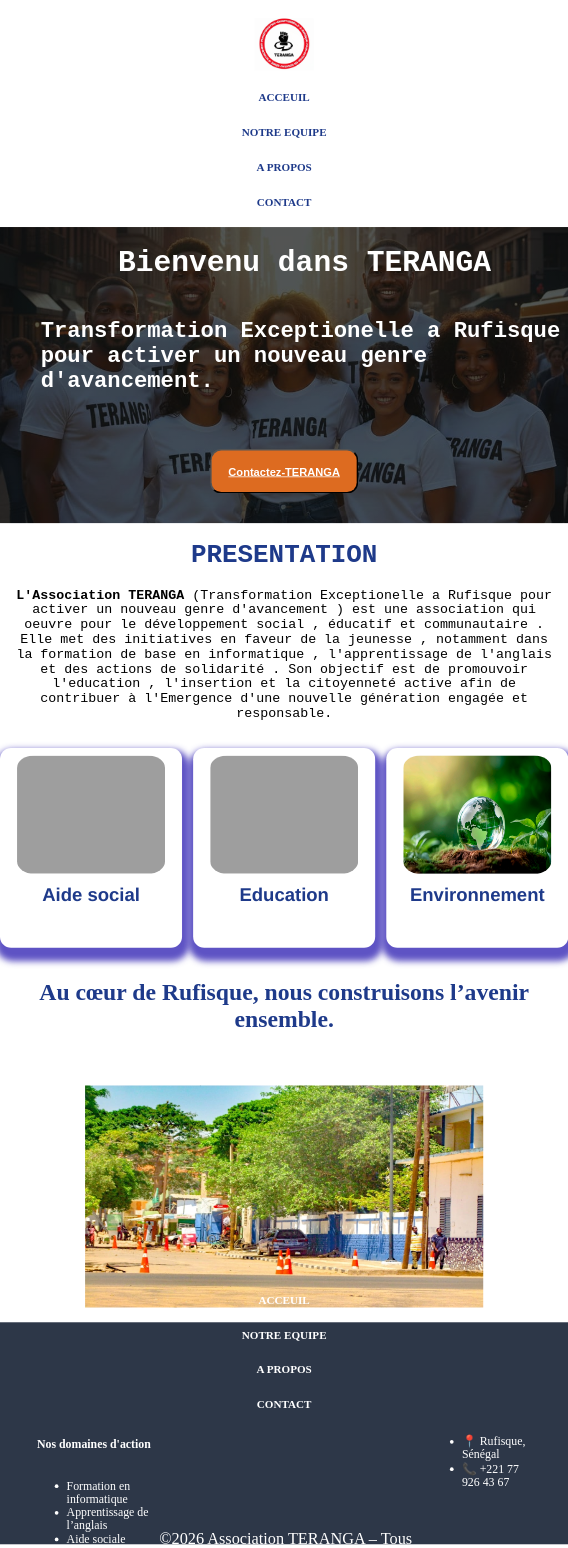
Repository: assanendao171/projet-teranga
Page: acceuil.html
The author's editor kept a copy of each file at every save. The page is drawn from the files as they stood at one save, then again after the next save.
The browser window is 768 px wide. The pictures show the whole page, at 74% of full size.
Pictures or frames that could not be fetched are drawn as grey boxes. An inner scrolling area shows only its first screen.

Above is the page before, as saved 2026-02-13 13:04:46.

After the next save:
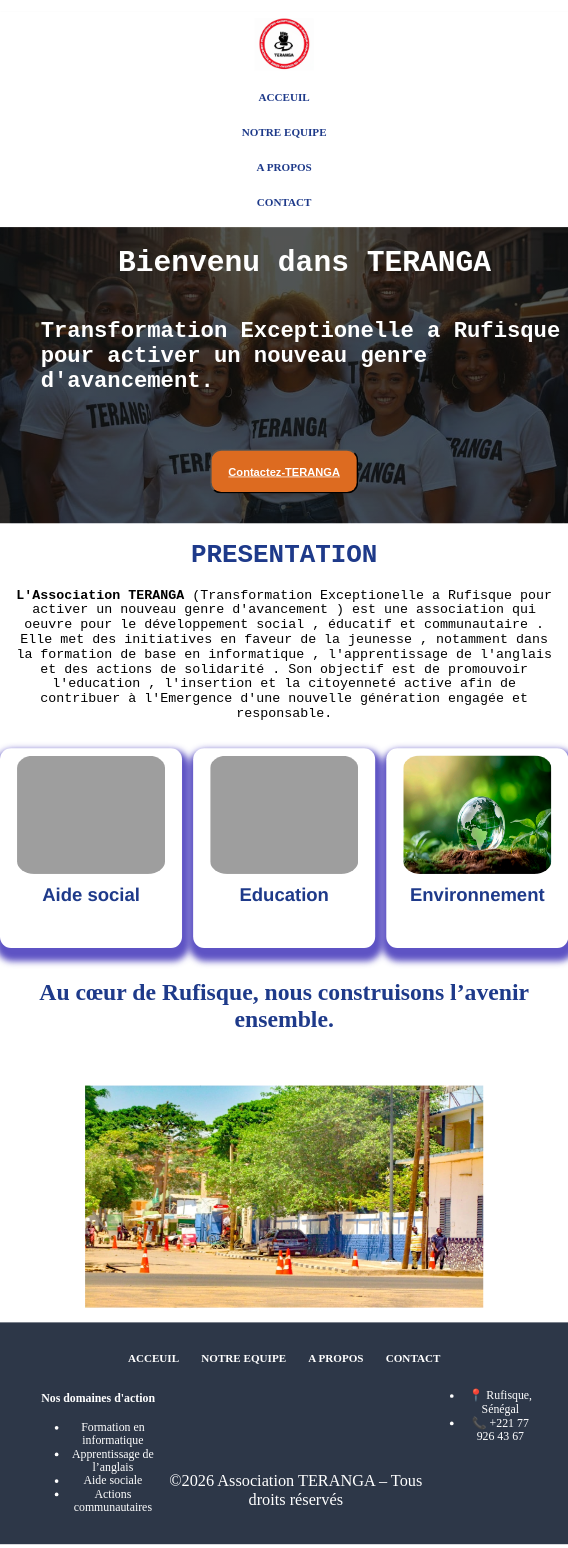
Saved 89 s later.
--- a/acceuil.css
+++ b/acceuil.css
@@ -271,13 +271,8 @@ footer {
   justify-content: center;
   align-items: center;
 }
-.btn-footer{
-   display: flex;
-   flex-direction: column;
-}
-.liste-footer{
-   display: flex;
-   flex-direction: column;
+.btn-footer,.liste-footer,.copyright,.contact{
+   text-align:center;
 }
 .bloc-footer{
     display: flex;
